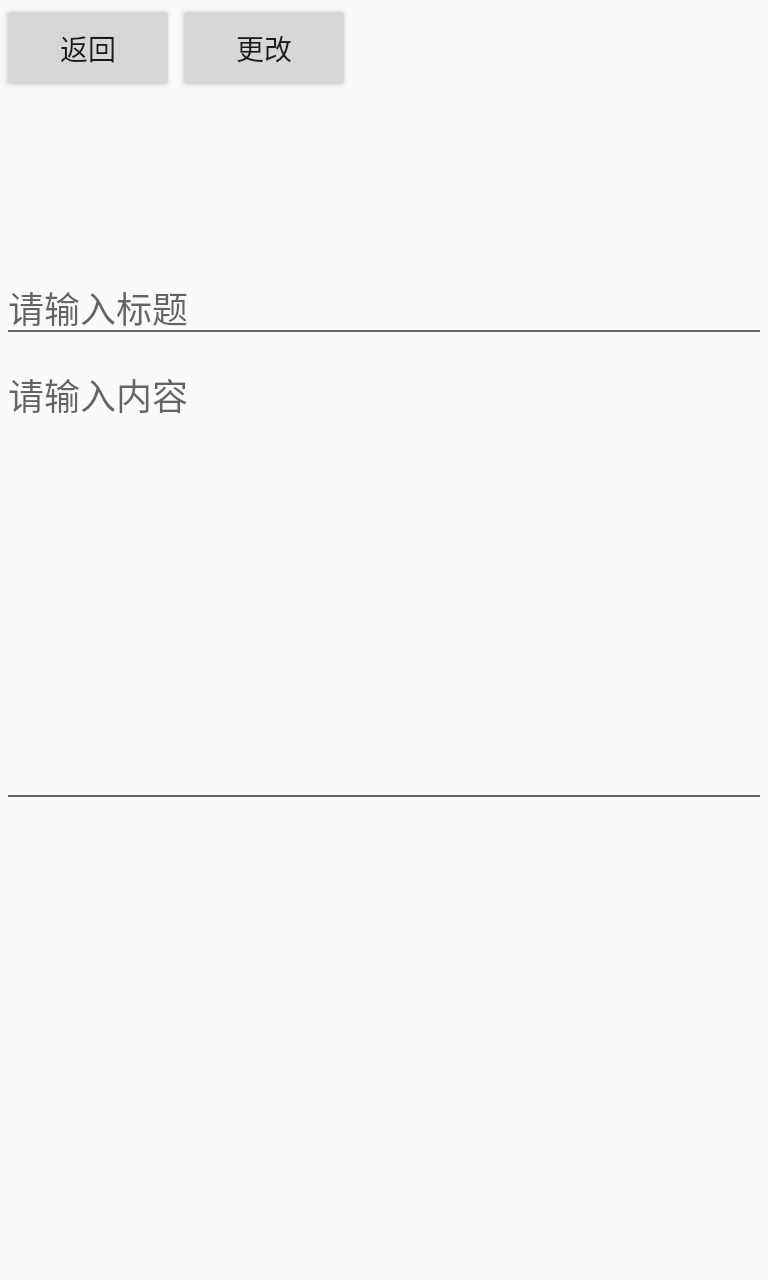
Repository: mxfpaul/Test
Layout: Note/MyNote2/res/layout/viewnote.xml
These files come from the project's save history. The layout is drawn as it stood at one moment and after the next save; the edit follows.
It is drawn on a 768 x 1280 px phone screen (xhdpi) without system bars, with theme AppTheme; the app's code is not run.

Above is the layout before, as saved 2014-11-22 07:45:58.

### Note/MyNote2/res/layout/viewnote.xml
<?xml version="1.0" encoding="utf-8"?>
<LinearLayout xmlns:android="http://schemas.android.com/apk/res/android"
    android:layout_width="match_parent"
    android:layout_height="match_parent"
    android:orientation="vertical" >

    <LinearLayout
        android:layout_width="match_parent"
        android:layout_height="wrap_content"
        android:orientation="horizontal" >

        <Button
            android:id="@+id/view_button_setting"
            android:layout_width="wrap_content"
            android:layout_height="wrap_content"
            android:text="@string/view_button_text1" />

        <TextView
            android:id="@+id/view_textview_all"
            android:layout_width="0dp"
            android:layout_height="wrap_content"
            android:width="1"
            android:layout_gravity="center"
            android:gravity="center"
            android:text="@string/view_textview_text"
            android:textSize="30sp" />

        <Button
            android:id="@+id/view_button_new"
            android:layout_width="wrap_content"
            android:layout_height="wrap_content"
            android:text="@string/view_button_text2" />
    </LinearLayout>

    <EditText
        android:id="@+id/new_edittext_title"
        android:layout_width="match_parent"
        android:layout_height="wrap_content"
        android:ems="14"
        android:gravity="top"
        android:hint="@string/new_edittext_text1"
        android:lines="1" />

    <EditText
        android:id="@+id/new_edittext_content"
        android:layout_width="match_parent"
        android:layout_height="wrap_content"
        android:ems="14"
        android:gravity="top"
        android:hint="@string/new_edittext_text2"
        android:lines="10" />

</LinearLayout>

### Note/MyNote2/res/values/strings.xml
<?xml version="1.0" encoding="utf-8"?>
<resources>

    <string name="app_name">MyNote2</string>
    <string name="hello_world">Hello world!</string>
    <string name="action_settings">Settings</string>
    <string name="home_button_text1">设置</string>
    <string name="home_button_text2">新建</string>
    <string name="home_textview_text">全部笔记</string>
    <string name="new_button_text1">返回</string>
    <string name="new_button_text2">完成</string>
    <string name="new_textview_text">新笔记</string>
    <string name="new_edittext_text1">请输入标题</string><string name="new_edittext_text2">请输入内容</string><string name="view_button_text1">返回</string>
    <string name="view_button_text2">更改</string>
    <string name="view_textview_text">待录入</string>



</resources>

Loaded but not shown: Note/MyNote2/res/values/styles.xml (common file); Note/MyNote2/res/values-v11/styles.xml (common file); Note/MyNote2/res/values-v14/styles.xml (common file)

After the next save:
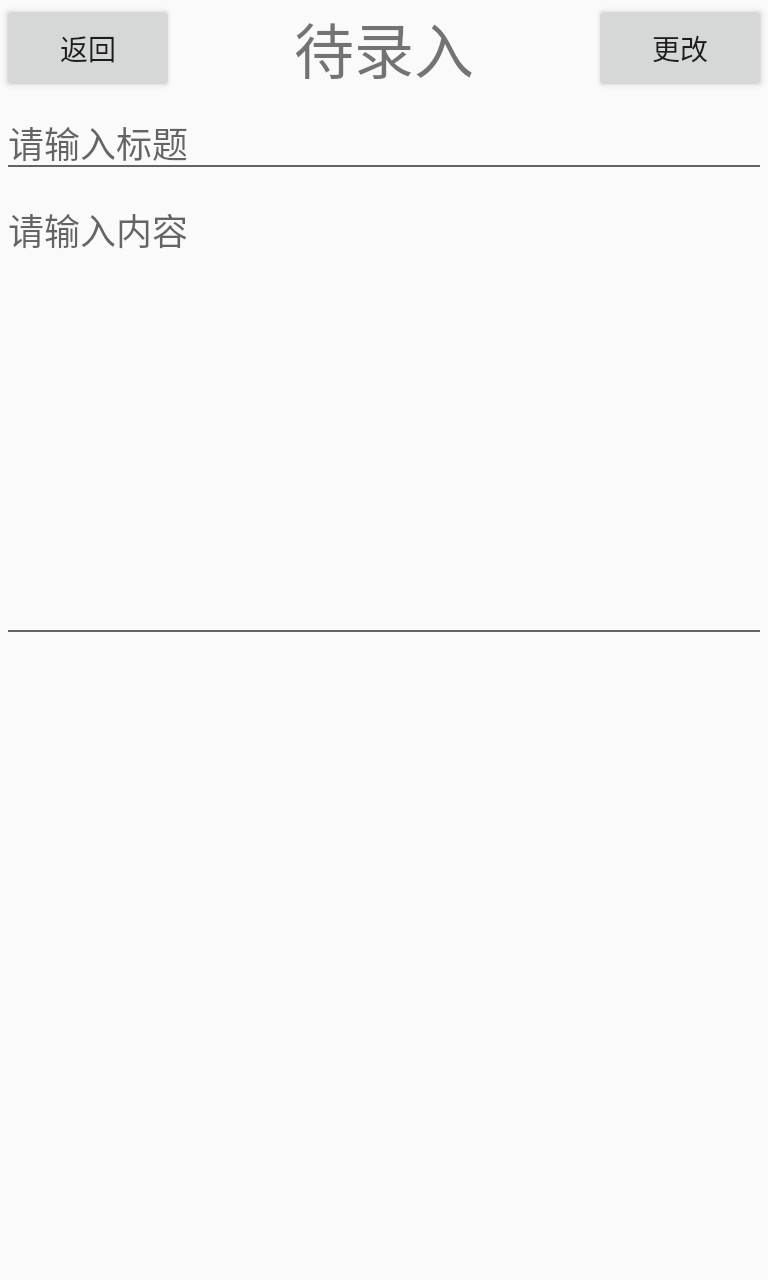
Saved 10 s later.
--- a/Note/MyNote2/res/layout/viewnote.xml
+++ b/Note/MyNote2/res/layout/viewnote.xml
@@ -19,7 +19,7 @@
             android:id="@+id/view_textview_all"
             android:layout_width="0dp"
             android:layout_height="wrap_content"
-            android:width="1"
+            android:layout_weight="1"
             android:layout_gravity="center"
             android:gravity="center"
             android:text="@string/view_textview_text"
